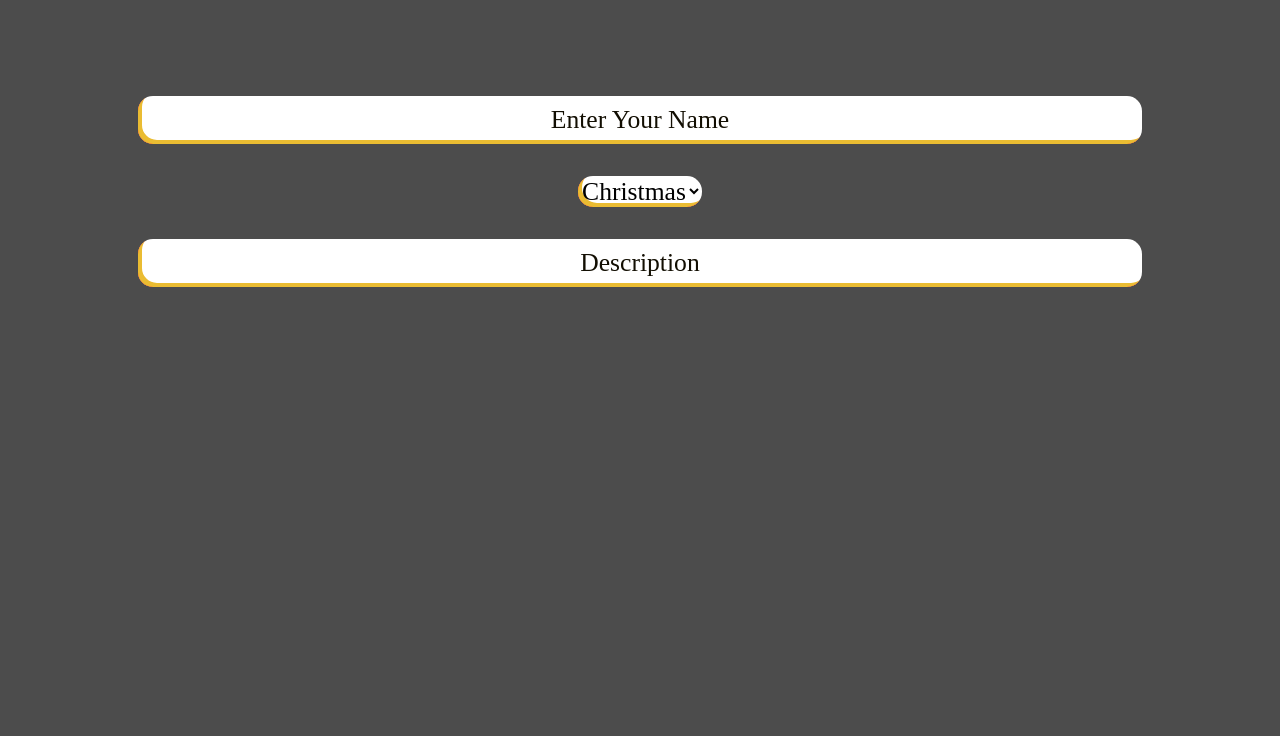
Repository: Haneef-Shaik/Greetings
Page: /
These files come from the project's save history. The page is drawn as it stood at one moment and after the next save; the edit follows.
The browser window is 1280 px wide. The pictures show the whole page.
The project was rebuilt for these pictures with package versions that can differ from the ones it lists, and the page was loaded fresh each time. The framework's server and built-in components were replaced by stand-ins that run in the browser. Also part of the build but not shown: next.config.js, styles/card.module.scss, components/card.js, styles/socialShare.module.scss, components/socialShare.js.

Above is the page before, as saved 2021-12-01 20:38:04.

### pages/_app.js
import '../styles/globals.css'
import 'bootstrap/dist/css/bootstrap.css'


function MyApp({ Component, pageProps }) {
  return <Component {...pageProps} />
}

export default MyApp

### pages/index.js
import Card from "../components/card.js";
import {useRouter} from 'next/router';
import Ss from "../components/socialShare"
import InpFrm from "../components/form"

export default function Home() {
  const {query} = useRouter();
  const myurls='https://gratefulprayerthankfulheart.com/wp-content/uploads/2014/12/aquawhitechristmastreegreeting.jpg';

  if(query.length > 0)
  {

    if(query.greeting)
    {
      return (
        <>
          <Card event={query.event} image={query.bgImg} name={query.name} greeting={query.greeting}  />
        </>
          )
    }
    else
    {
      return (
        <>
          <Card event={query.event} image={query.bgImg} name={query.name}  />
        </>
          )
    }

  }
  else
  {
    return (
        <>
          <InpFrm />
        </>
        )
  }
    // return (
    //   <>
        {/* <Card event='Event' image={myurls} name='Name' color='red' greeting="Lorem Ipsum is simply dummy text of the printing and typesetting industry. Lorem Ipsum has been thing software like Aldus PageMaker including versions of Lorem Ipsum."  /> */}
        {/* <Ss mylink="localhost:3000/name=haneef&event=christmas" /> */}
    {/*     <Ss mylink="localhost:3000/name=haneef&event=christmasW&sddsajnodsoduaibdadbksa" /> */}
    //   </>
    //     )

}

### components/form.js
/* eslint-disable no-undef */
import React, {useState,useRef} from 'react'

import 'bootstrap/dist/css/bootstrap.min.css';
import styles from '../styles/form.module.scss';
import IMAGE from 'next/image'


function Edit() {
    return (
        <div className="container-fluid p-2 "  style={{backgroundColor:'#4C4C4C'} }>
            <div className="container">
                <div className="row">
                    <div className="col-12">
                        <div className={styles.formContainer} >
                            <form className="formStyle">
                                <input type="text" placeholder="Enter Your Name" className="col-12" required />

                                <select name="festival" >
                                    <option value="christmas">Christmas</option>
                                    <option value="newYear">New Year</option>
                                </select>

                                <input type="text" placeholder="Description" className="col-12" optional />

                            </form>
                        </div>
                    </div>
                </div>
            </div>
        </div>
    )
}


class InvitationCard extends React.Component{
    render(){
        return (

                <div className="body p-2" style={{backgroundColor: this.props.c,backgroundImage:`url(${this.props.im})`,backgroundSize:350,backgroundRepeat:'no-repeat'}} >
                    <h1 id="heading" style={{color: this.props.heading}}>{this.props.name}</h1>
                    <p style={{marginTop: "50px",color: this.props.content}}>{this.props.message}</p>
                    <p style={{color: this.props.content}} id="toWhom">{this.props.to}</p>
                </div>
        )
    }

}



export default Edit;

### styles/form.module.scss
.formContainer{
    padding:5%;
    height:100vh;
    background-color:#4C4C4C;
    // background: linear-gradient(#920000,#800000,#6D0000,#490000);
    input , select {
        margin-top:2rem;

        text-align:center;
        font-family: 'Times New Roman', Times, serif;
        font-size:1.6rem;
        border:none;

        background-color:#fff;
        border-radius:15px;
        box-shadow: inset 4px -4px 0px #EABC32 , inset 2px -2px 0px #f00 ;
        line-height:3rem;
        &::placeholder{
            color:#120E02;
        }
    }
    form{
        display: flex;
        align-items:center;
        justify-content: space-evenly;
        flex-direction: column;
        flex-wrap: wrap;
    }
}

Loaded but not shown: styles/globals.css (common file)

After the next save:
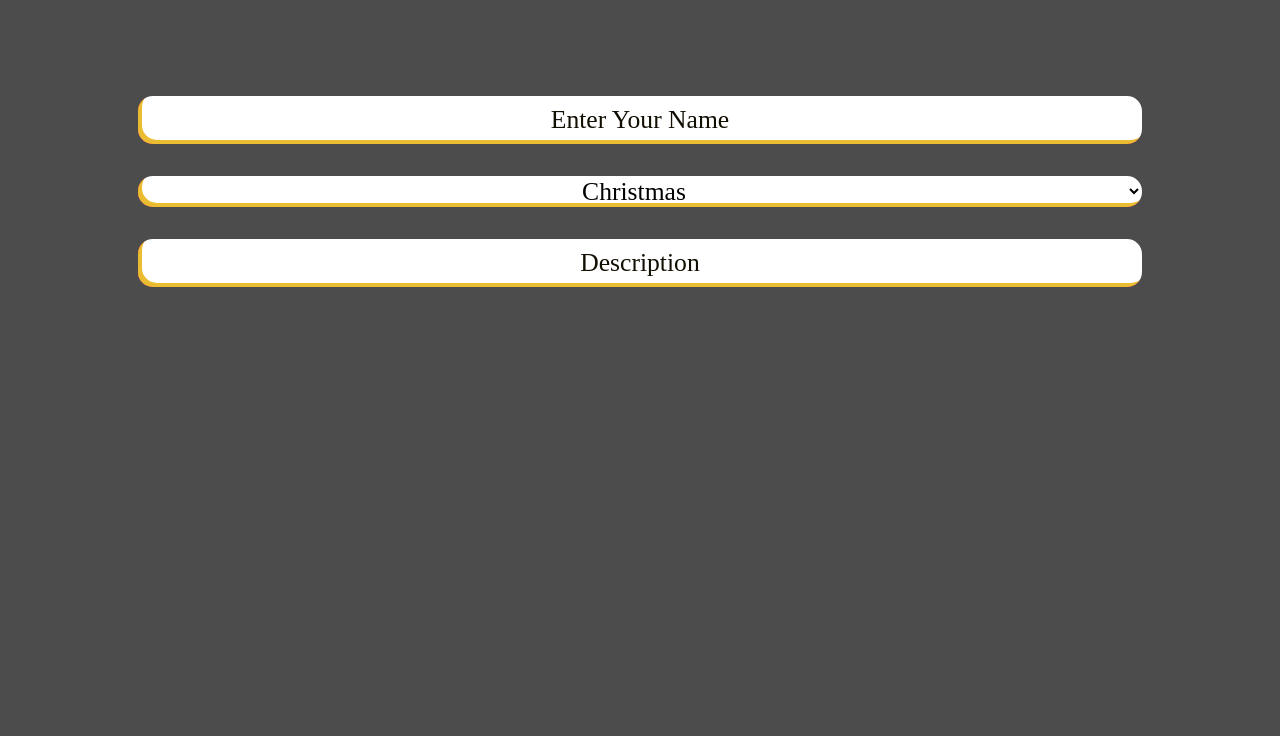
Saved 30 s later.
--- a/components/form.js
+++ b/components/form.js
@@ -16,7 +16,7 @@ function Edit() {
                             <form className="formStyle">
                                 <input type="text" placeholder="Enter Your Name" className="col-12" required />
 
-                                <select name="festival" >
+                                <select name="festival" className="col-12">
                                     <option value="christmas">Christmas</option>
                                     <option value="newYear">New Year</option>
                                 </select>
